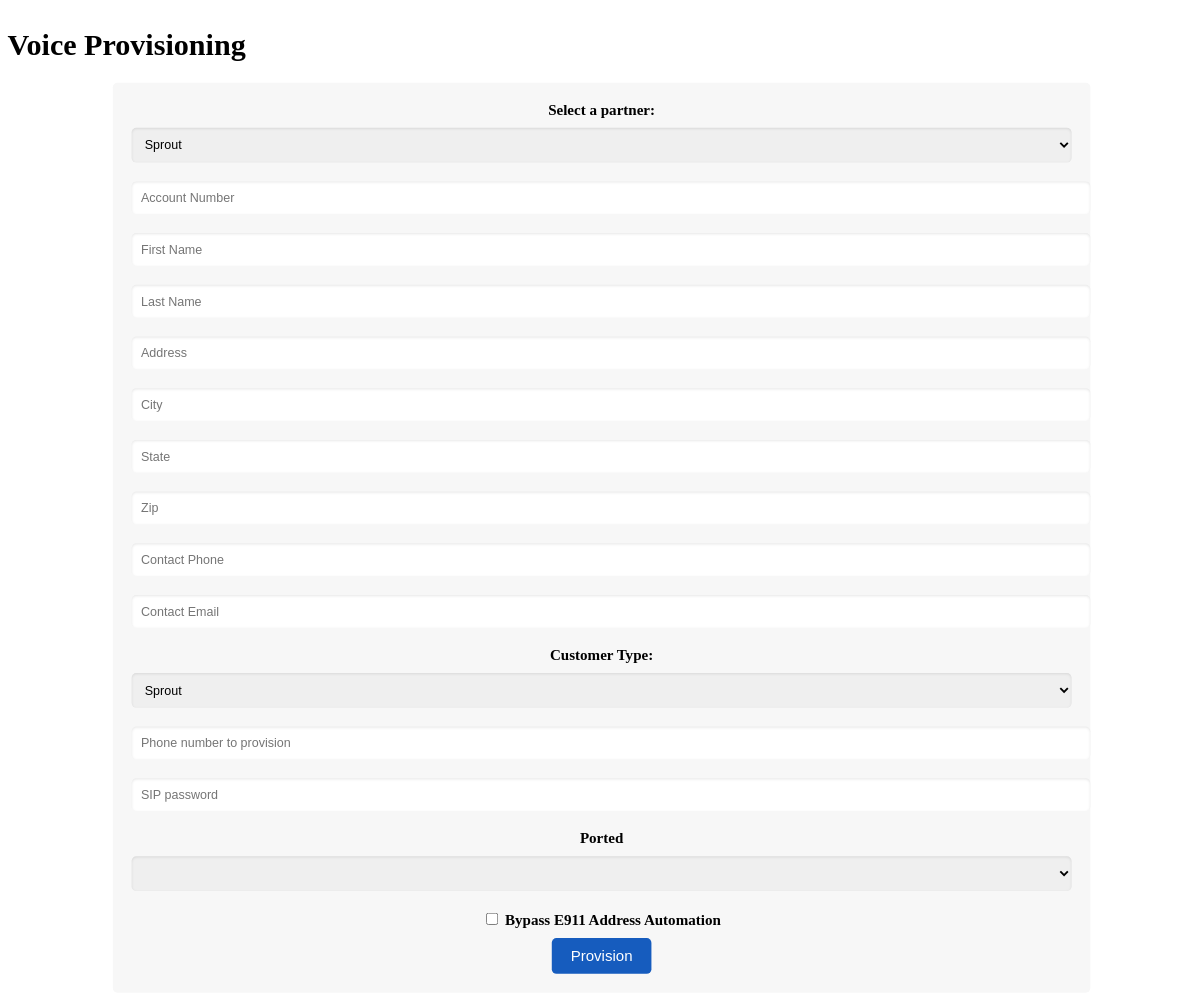
Repository: smallchungus/logiccom
Page: /
These files come from the project's save history. The page is drawn as it stood at one moment and after a run of saves; the edit follows.
The browser window is 1280 px wide. The pictures show the whole page, at 94% of full size.
The project was rebuilt for these pictures with package versions that can differ from the ones it lists, and the page was loaded fresh each time. Also part of the build but not shown: vite.config.ts.

Above is the page before, as saved 2023-05-04 11:36:53.

After the next 2 saves:
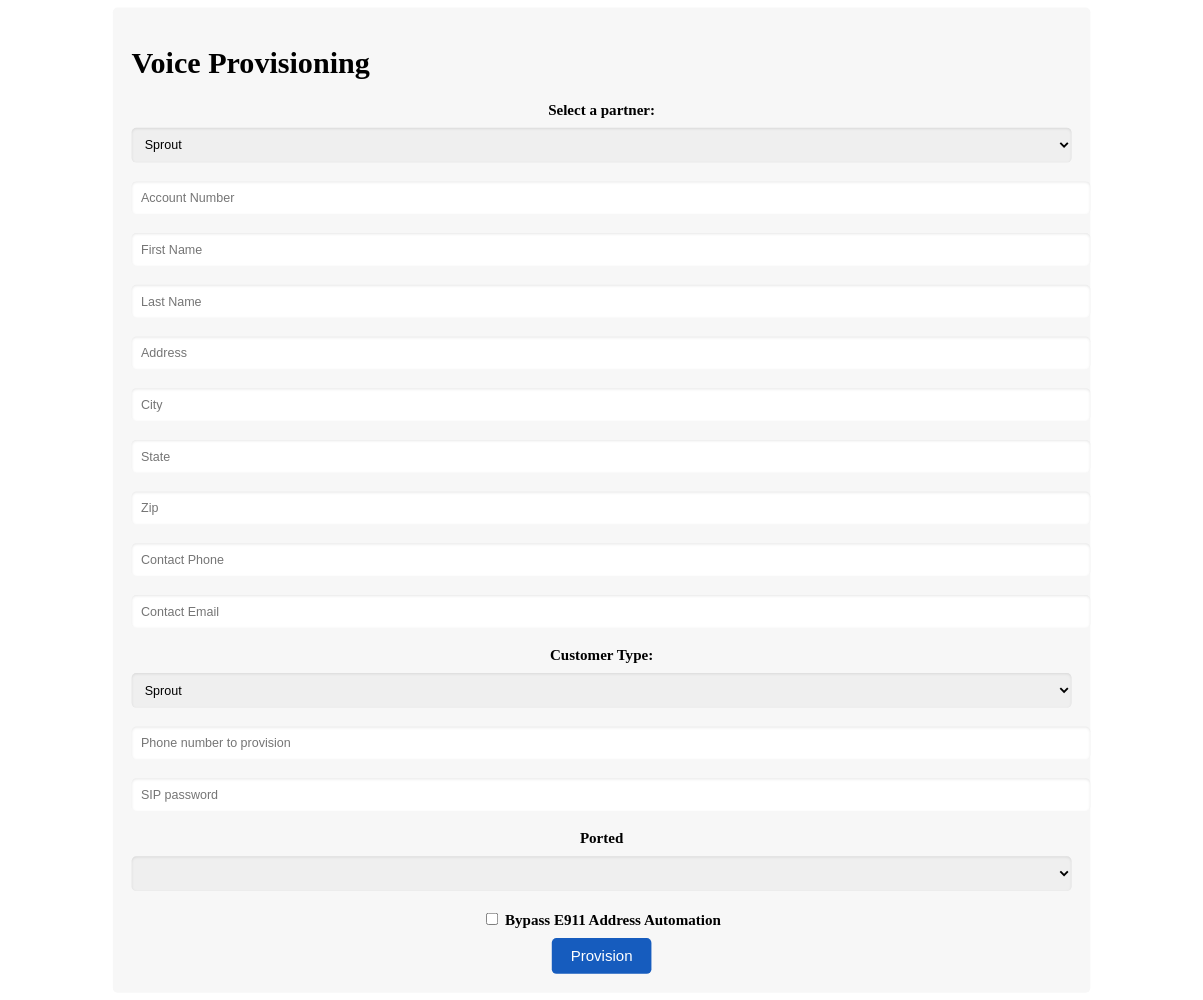
The 2 saves are shown as one change because they came seconds apart.
The last was saved 20 s later.
--- a/src/App.vue
+++ b/src/App.vue
@@ -2,11 +2,12 @@
 
 
 <template>
-<header>
+
+
+<form>
+  <header>
   <h1>Voice Provisioning</h1>
 </header>
-
-<form>
       <div class="form-group">
         <label for="partner">Select a partner:</label>
         <select id="partner" name="partner">
